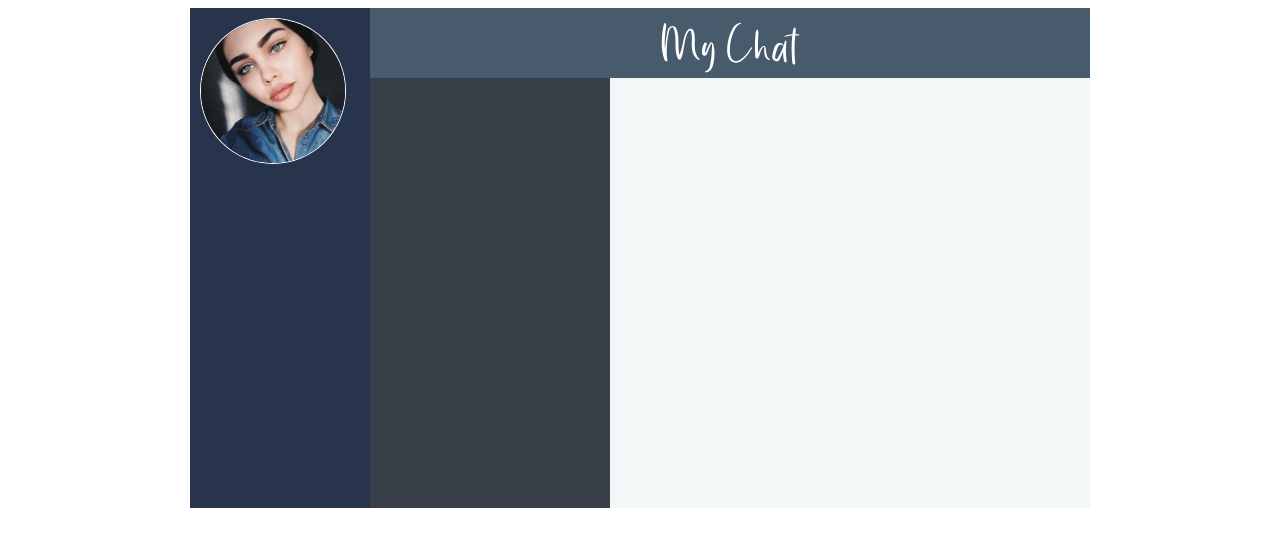
Repository: chathura226/SeekWork_Group_Project_I
Page: http://localhost/
These files come from the project's save history. The page is drawn as it stood at one moment and after the next save; the edit follows.
The browser window is 1280 px wide. The pictures show the whole page.
The page is run by PHP 8.4 with error messages shown; the project is at /var/www/html/.

Above is the page before, as saved 2023-12-02 12:24:43.

After the next save:
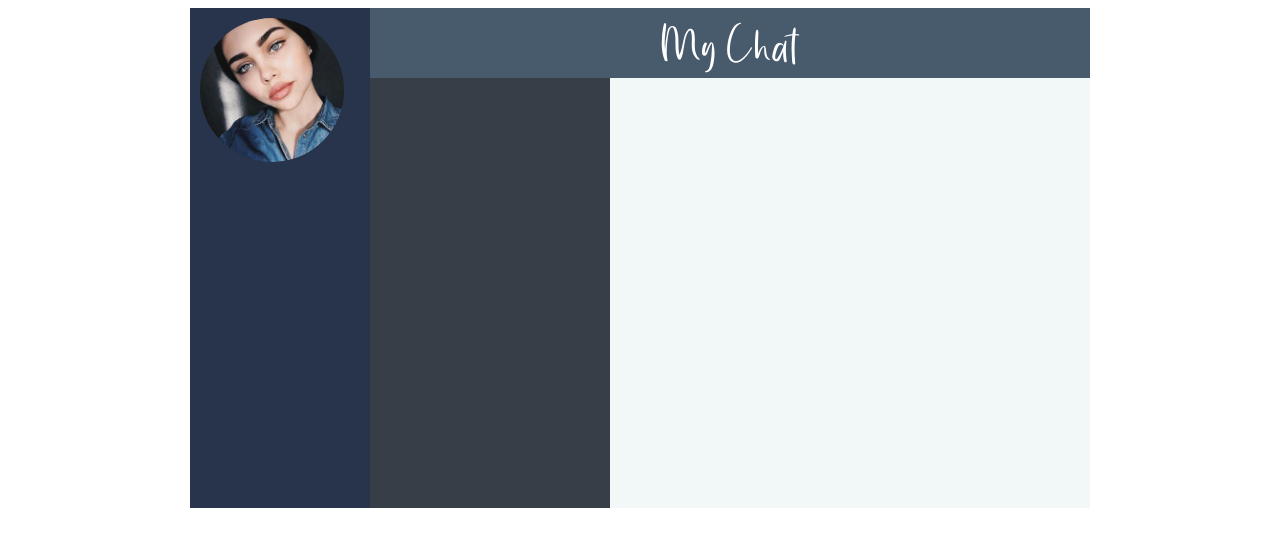
Saved 34 s later.
--- a/chat/index.php
+++ b/chat/index.php
@@ -32,7 +32,7 @@
 
         #left_pannel img{
             width:80%;
-            border:solid thin white;
+            /*border:solid thin white;*/
             border-radius:50%;
             margin:10px;
         }

After the save that followed:
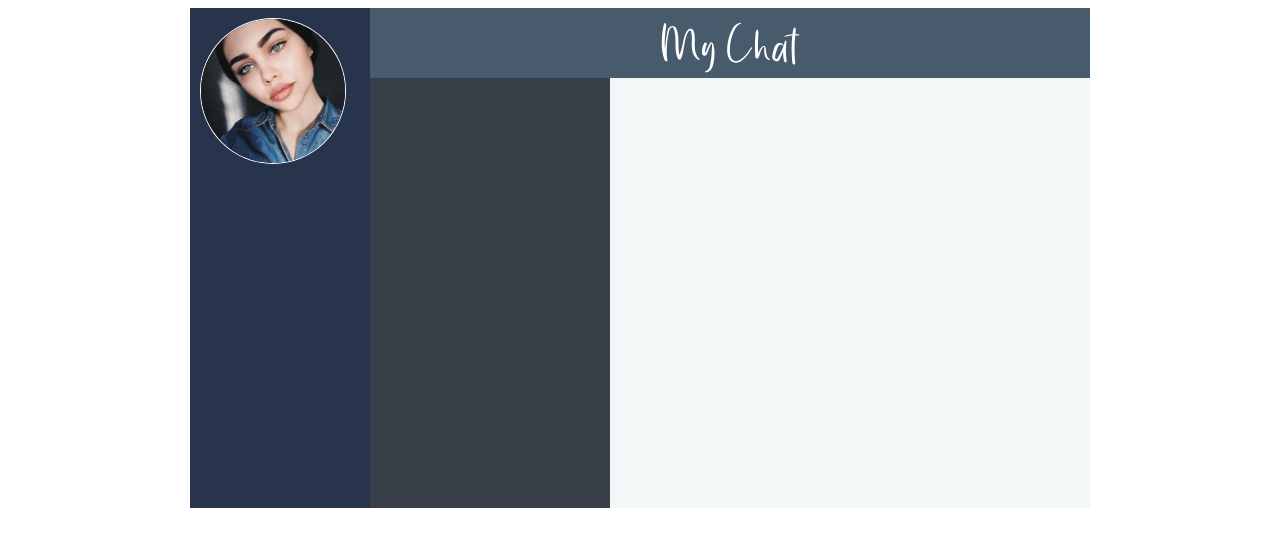
Saved 47 s later.
--- a/chat/index.php
+++ b/chat/index.php
@@ -32,7 +32,7 @@
 
         #left_pannel img{
             width:80%;
-            /*border:solid thin white;*/
+            border:solid thin white;
             border-radius:50%;
             margin:10px;
         }
